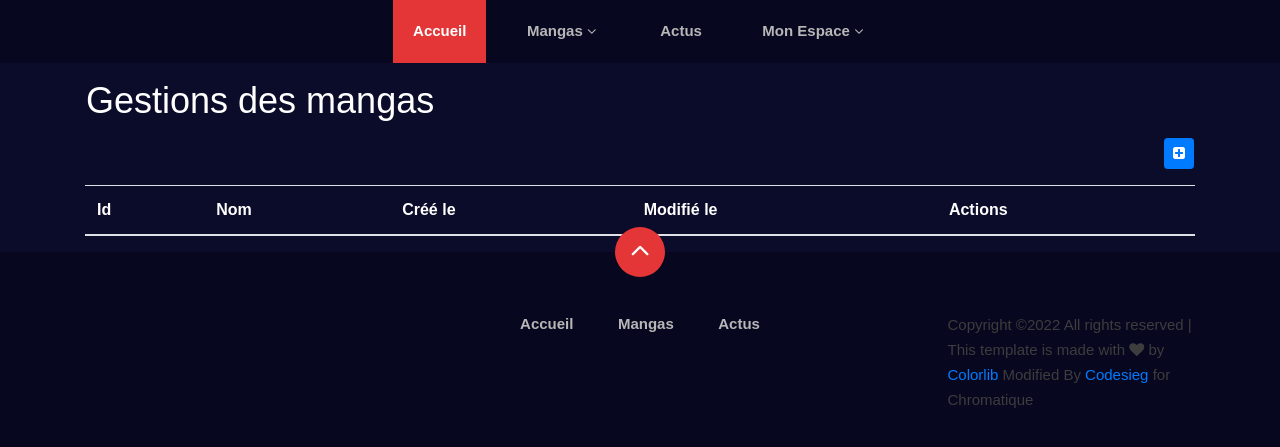
Repository: Codesieg/Chromatique
Page: chromatique/resources/views/admin/browse.blade.php
The author's editor kept a copy of each file at every save. The page is drawn from the files as they stood at one save, then again after the next save.
The browser window is 1280 px wide. The pictures show the whole page.
Some web fonts or font styles are not loaded; a fallback is used. The page is served by the project's Laravel application, run on PHP 8.4 with Laravel 8. The template is opened directly, without the code that normally fills it, so the values that code supplies are empty.

Above is the page before, as saved 2022-04-03 16:49:00.

After the next save:
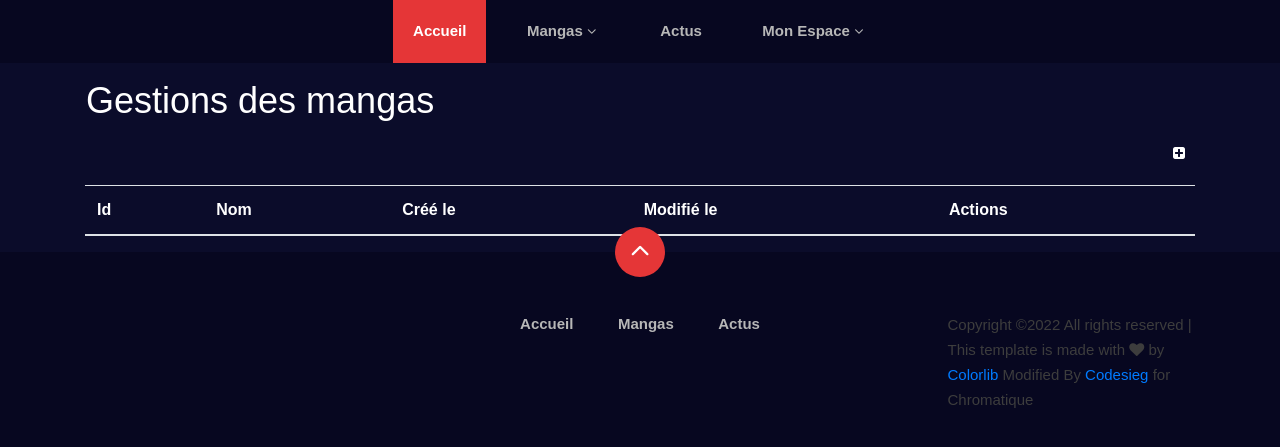
Saved 2 min 27 s later.
--- a/chromatique/resources/views/admin/browse.blade.php
+++ b/chromatique/resources/views/admin/browse.blade.php
@@ -5,7 +5,7 @@
 <div class="container">
     <h2 class="white m-3">Gestions des mangas</h2>
     <div class="d-flex justify-content-end mb-3 px-3">
-        <button type="button" class="btn btn-primary btn-sm white"><a href="{{route('admin_form_manga')}}"><i class="fa fa-plus-square white"></i></a></button>
+        <button type="button" class="btn btn-orange btn-sm white"><a href="{{route('admin_form_manga')}}"><i class="fa fa-plus-square white"></i></a></button>
     </div>
     <div class="col-12">
         <table class="table">
